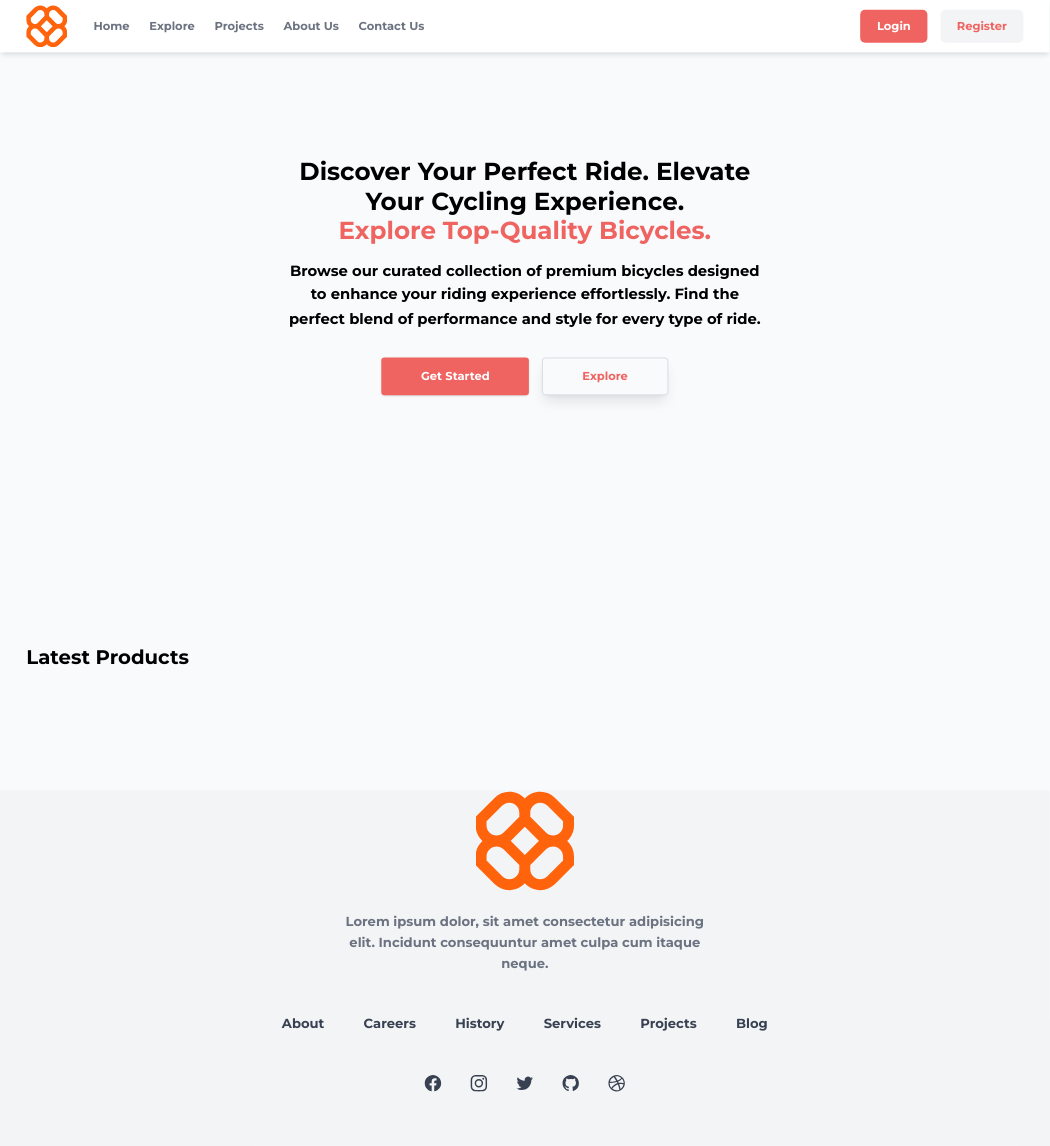
Repository: YahiaSala7/E-commerce-Project
Page: / (app in ecommerce/)
These files come from the project's save history. The page is drawn as it stood at one moment and after the next save; the edit follows.
The browser window is 1280 px wide. The pictures show the whole page, at 82% of full size.
The page's requests for data from a server got no answer. The project was rebuilt for these pictures with package versions that can differ from the ones it lists, and the page was loaded fresh each time. Some packages were replaced by stand-ins written for this rebuild. The framework's server and built-in components were replaced by stand-ins that run in the browser. No one was signed in, and anything a server would have sent is missing. Also part of the build but not shown: ecommerce/next.config.mjs, ecommerce/app/_Components/Cart.jsx, ecommerce/app/_Components/ProductItem.jsx.

Above is the page before, as saved 2024-07-30 20:58:46.

After the next save:
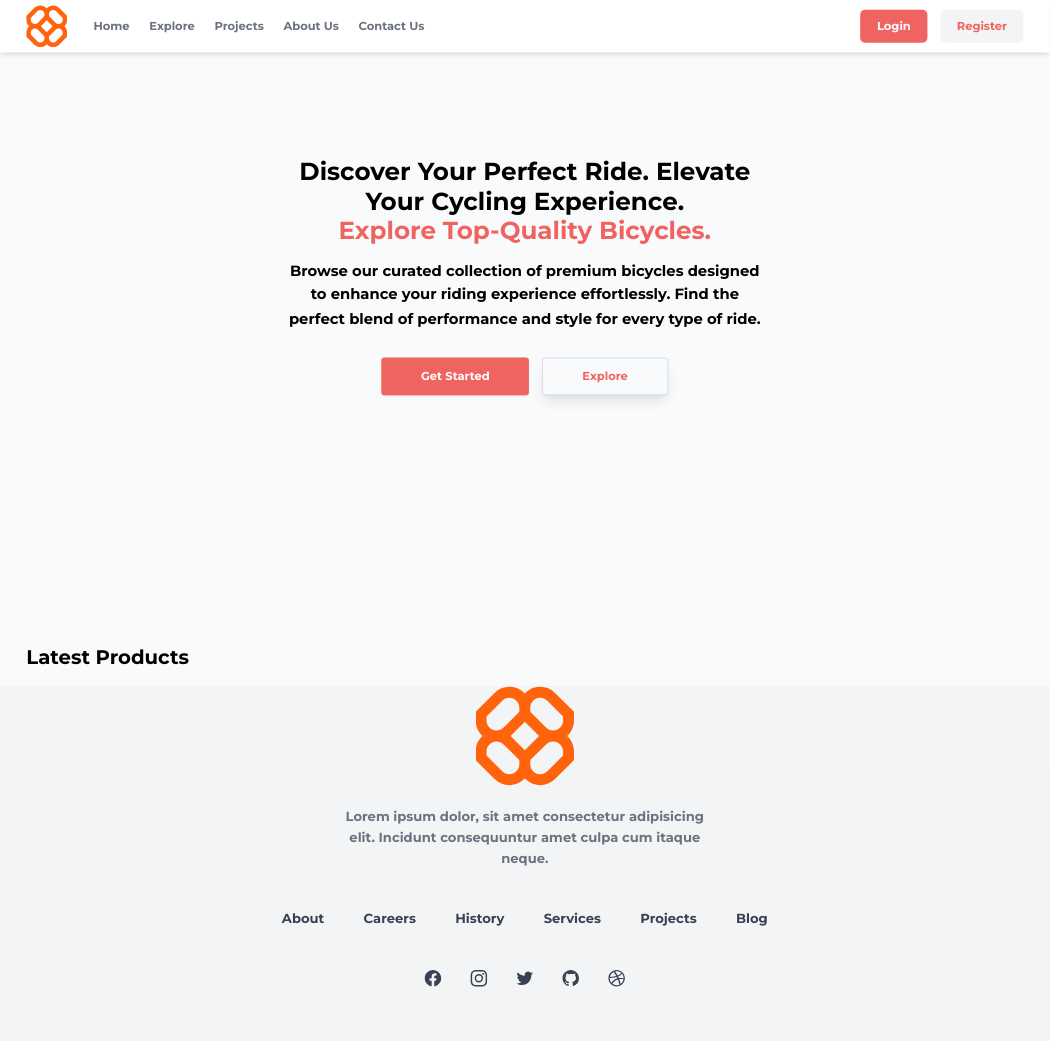
Saved 31 s later.
--- a/ecommerce/app/_Components/Footer.jsx
+++ b/ecommerce/app/_Components/Footer.jsx
@@ -6,7 +6,7 @@ import React from "react";
 function Footer() {
   const { user } = useUser();
   return (
-    <footer className="mt-32 bg-gray-100">
+    <footer className="bg-gray-100 ">
       <div className="max-w-5xl px-4 py-16 pt-0 mx-auto sm:px-6 lg:px-8">
         <div className="flex justify-center text-teal-600">
           <Image src="/logo.svg" alt="logo" width={120} height={70} />
